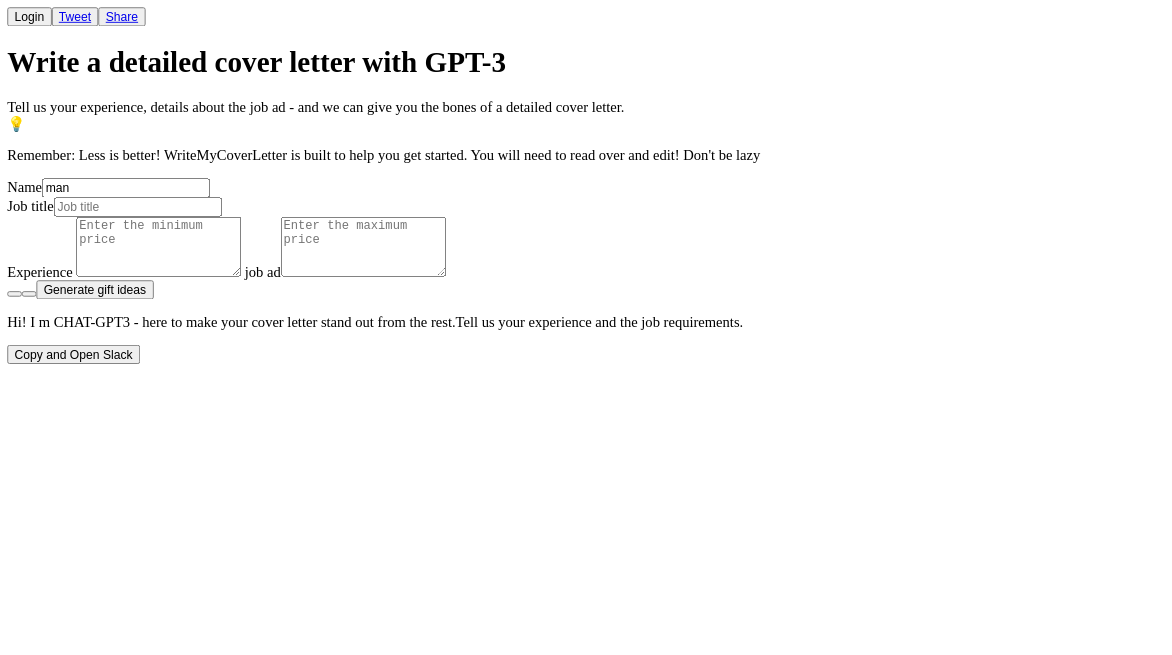
Repository: hamza-mastar/chatgpt-jpbad
Page: /
An editor plug-in stored every save of this project. The page is shown before and after the next save, followed by the edit.
The browser window is 1280 px wide. The page is 1280 px wide, then 1288 px, so the pictures cover 1288 px, including what lies to the right of the window. The pictures show the whole page, at 91% of full size.
The project was rebuilt for these pictures with package versions that can differ from the ones it lists, and the page was loaded fresh each time. The framework's server and built-in components were replaced by stand-ins that run in the browser.

Above is the page before, as saved 2023-02-02 23:43:42.

After the next save:
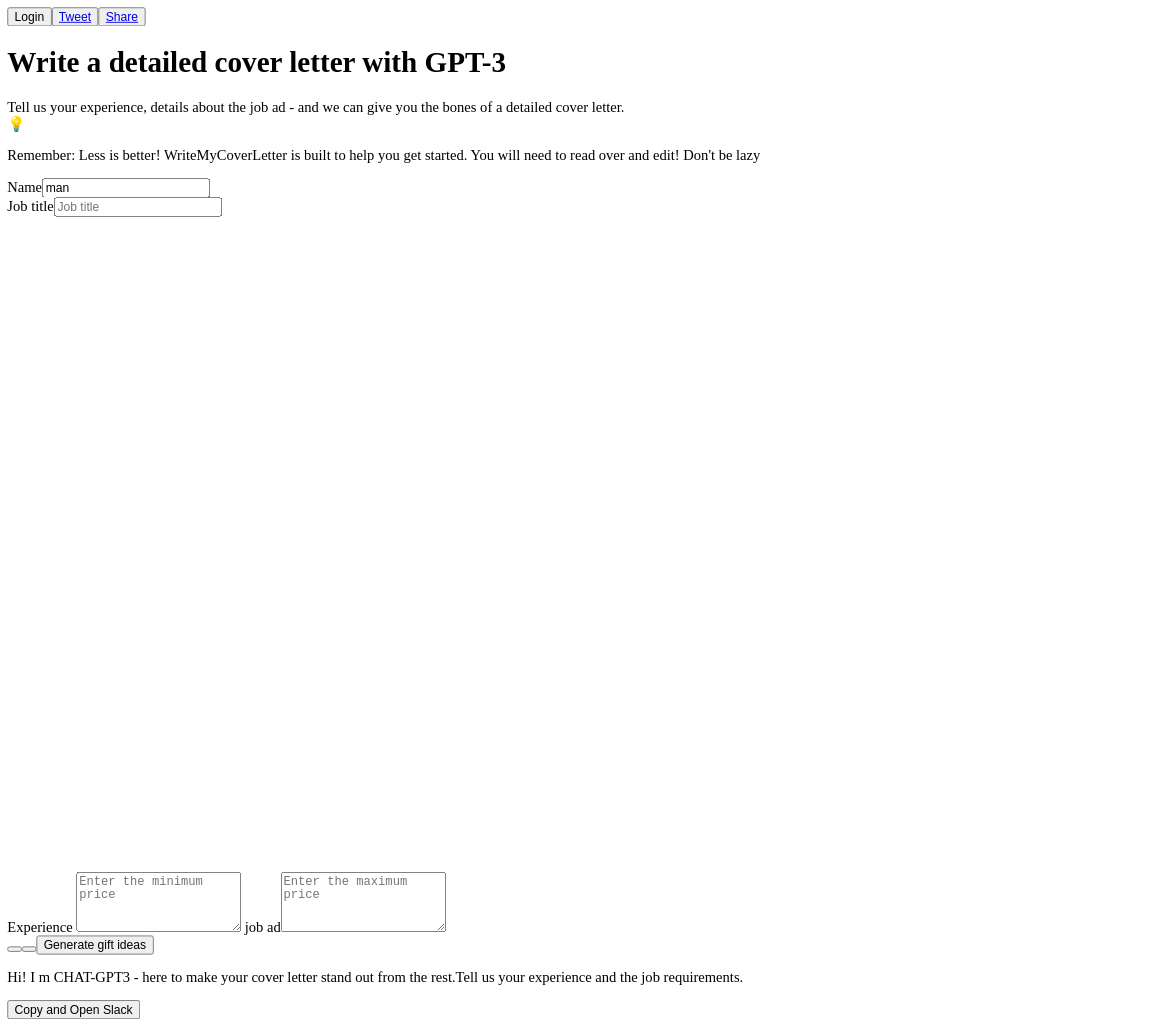
Saved 60 s later.
--- a/pages/index.js
+++ b/pages/index.js
@@ -134,10 +134,10 @@
             value={job_title}
             onChange={(e) => setJob_title(e.target.value)}
           />
-<div class="wrapper">
-	<div class="centeredBox">
+<div className={styles.wrapper} >
+	<div className={styles.centeredBox} >
 		<span id="typewriter" data-array=""></span>
-		<span class="cursor"></span>
+		<span className={styles.cursor} ></span>
 	</div>
 </div>
           <label>Experience </label>
